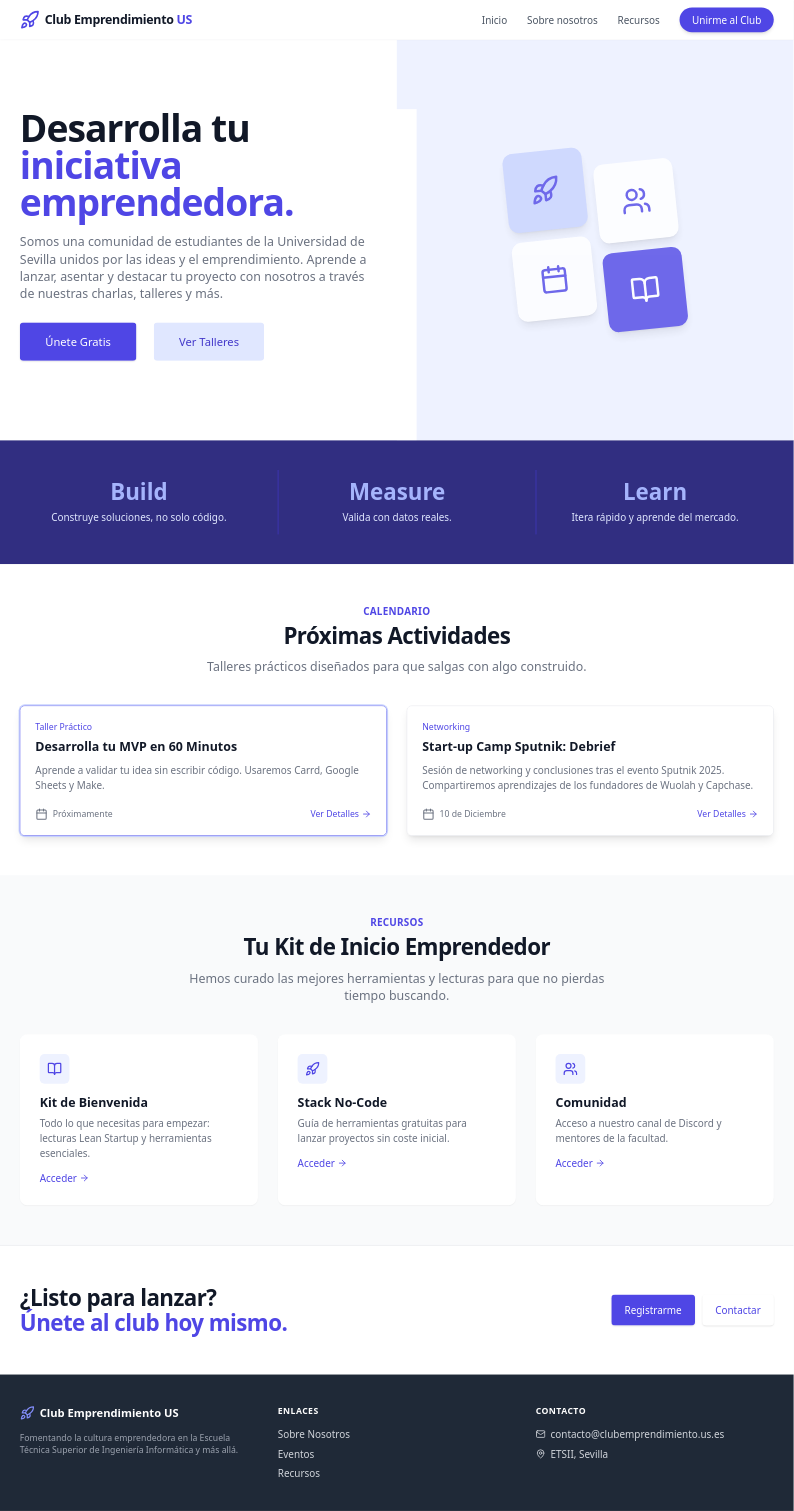
Repository: enerombar/club-emprendimiento-web
Page: /
These files come from the project's save history. The page is drawn as it stood at one moment and after the next save; the edit follows.
The browser window is 1280 px wide. The pictures show the whole page, at 62% of full size.
The project was rebuilt for these pictures with package versions that can differ from the ones it lists, and the page was loaded fresh each time. Also part of the build but not shown: vite.config.js.

Above is the page before, as saved 2025-12-08 00:16:26.

After the next save:
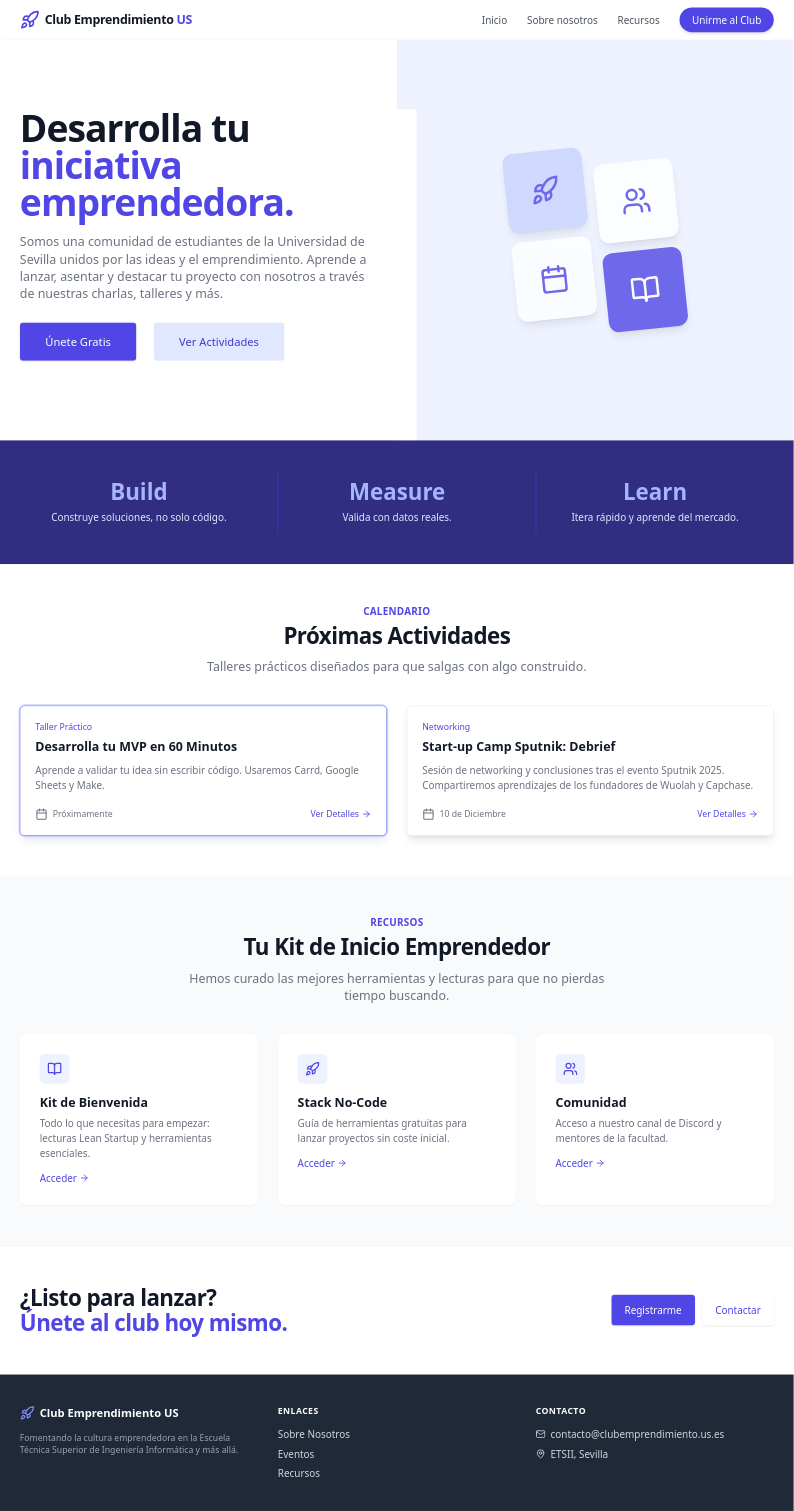
Saved 16 s later.
--- a/src/App.jsx
+++ b/src/App.jsx
@@ -140,7 +140,7 @@ const ClubEmprendimiento = () => {
                   </div>
                   <div className="mt-3 sm:mt-0 sm:ml-3">
                     <a href="#actividades" className="w-full flex items-center justify-center px-8 py-3 border border-transparent text-base font-medium rounded-md text-indigo-700 bg-indigo-100 hover:bg-indigo-200 md:py-4 md:text-lg md:px-10">
-                      Ver Talleres
+                      Ver Actividades
                     </a>
                   </div>
                 </div>
